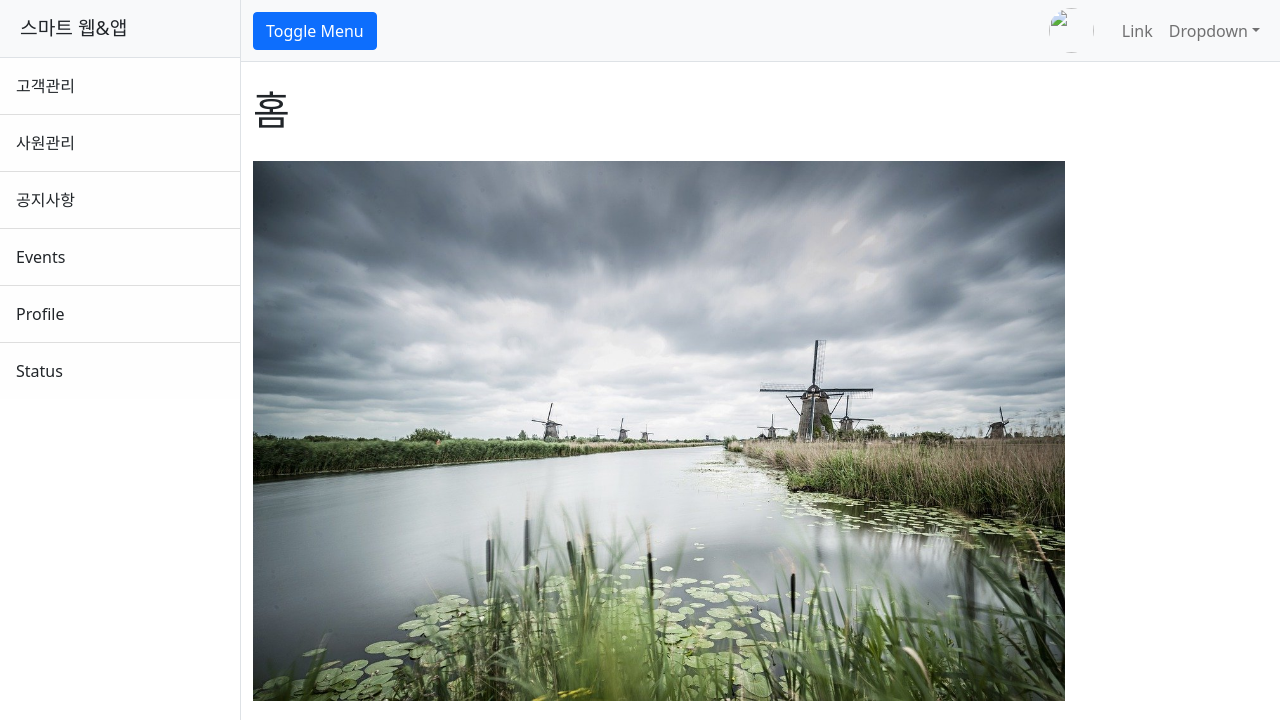
Repository: iwonhee/Study_Servlet
Page: http://localhost/web/index
An editor plug-in stored every save of this project. The page is shown before and after the next save, followed by the edit.
The browser window is 1280 px wide. The pictures show the whole page.
The page is served by Tomcat 9.

Above is the page before, as saved 2022-12-02 06:34:32.

After the next save:
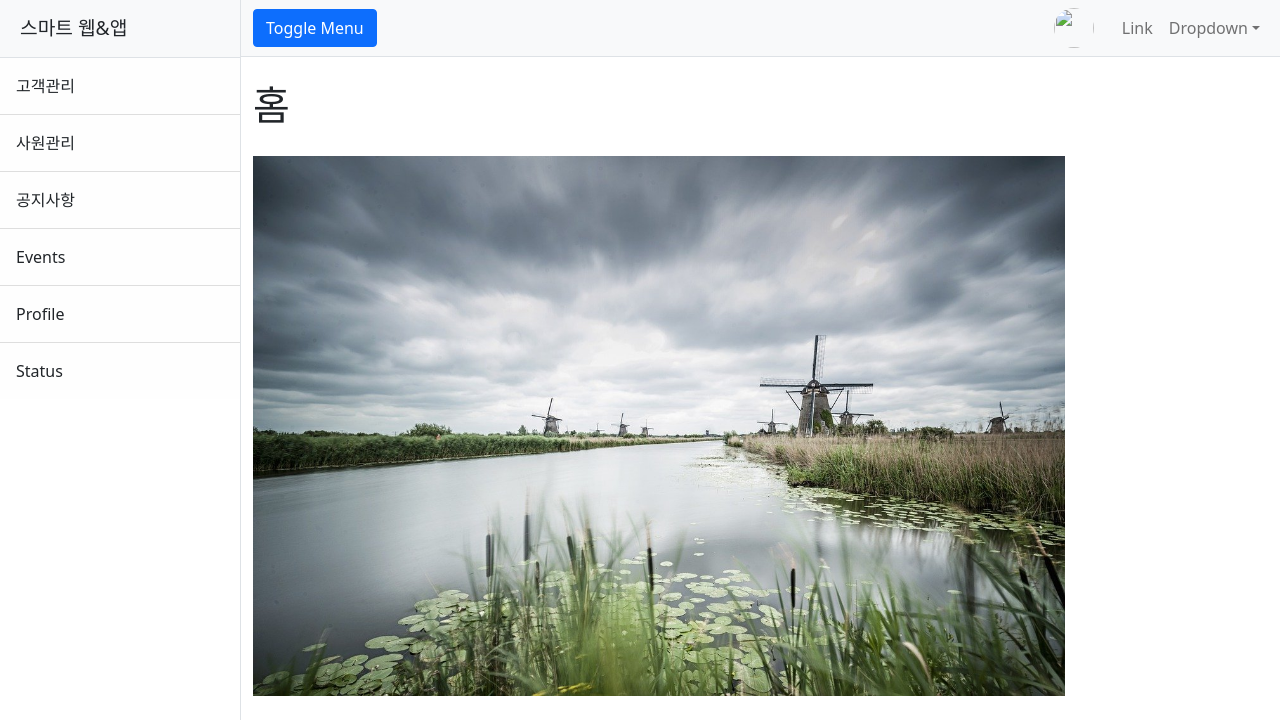
Saved 16 s later.
--- a/web/src/main/webapp/css/common.css
+++ b/web/src/main/webapp/css/common.css
@@ -49,8 +49,8 @@ select{
 	margin:0;
 }
 .profile{
-	width:45px;
-	height:45px;
+	width:40px;
+	height:40px;
 	object-fit : cover;
 	border-radius:50%;
 }
